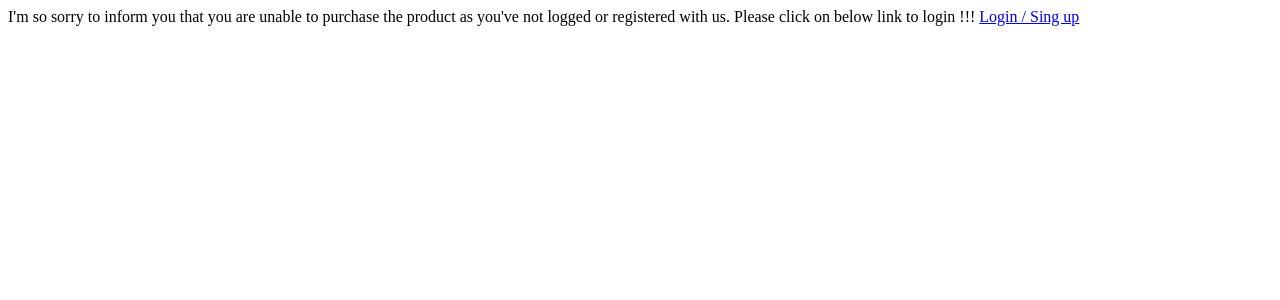
Repository: abhishekgandhi2398/BookStore
Page: http://localhost/BookStore/usernotlogin.jsp
The author's editor kept a copy of each file at every save. The page is drawn from the files as they stood at one save, then again after a run of saves.
The browser window is 1280 px wide. The pictures show the whole page.
The page is served by Tomcat 9. Other server files are loaded and not shown.

Above is the page before, as saved 2019-12-06 16:18:18.

### ProjectJava/BookStore/WebContent/usernotlogin.jsp
<%@ page language="java" contentType="text/html; charset=ISO-8859-1"
    pageEncoding="ISO-8859-1"%>
<!DOCTYPE html>
<html>
<head>
<meta charset="ISO-8859-1">
<title>Insert title here</title>
</head>

<body>


I'm so sorry to inform you that you are unable to purchase the product as you've not logged or registered with us.

Please click on below link to login !!!

<a href="ulogin.jsp">Login / Sing up</a>



</body>
</html>

After the next 2 saves:
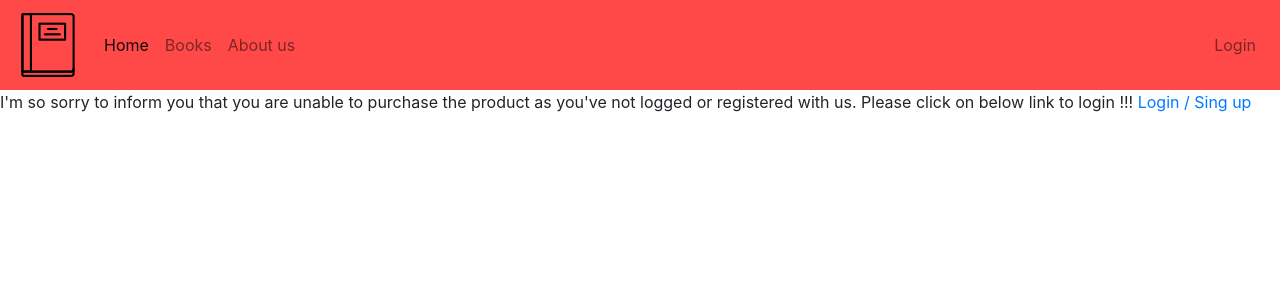
Console error (its wording comes from the project's code and is left out).
The 2 saves are shown as one change because they came seconds apart.
The last was saved 16 h 7 min later.
--- a/ProjectJava/BookStore/WebContent/usernotlogin.jsp
+++ b/ProjectJava/BookStore/WebContent/usernotlogin.jsp
@@ -5,9 +5,74 @@
 <head>
 <meta charset="ISO-8859-1">
 <title>Insert title here</title>
+
+<link rel="stylesheet" href="https://stackpath.bootstrapcdn.com/bootstrap/4.4.0/css/bootstrap.min.css">
+<script src="https://stackpath.bootstrapcdn.com/bootstrap/4.4.0/js/bootstrap.min.js" ></script>
+
+
 </head>
+<body>
 
-<body>
+
+
+<nav class="navbar navbar-expand-lg navbar-light" style="background-color: #FF4948">
+  <img src="img/logo.png" class="navbar-brand">
+  <button class="navbar-toggler" type="button" data-toggle="collapse" data-target="#navbarTogglerDemo02" aria-controls="navbarTogglerDemo02" aria-expanded="false" aria-label="Toggle navigation">
+    <span class="navbar-toggler-icon"></span>
+  </button>
+
+  <div class="collapse navbar-collapse" id="navbarTogglerDemo02">
+    <ul class="navbar-nav mr-auto mt-2 mt-lg-0">
+      <li class="nav-item active">
+        <a class="nav-link" href="1.jsp">Home <span class="sr-only">(current)</span></a>
+      </li>
+      <li class="nav-item">
+        <a class="nav-link" href="User_Products.jsp">Books</a>
+      </li>
+      <li class="nav-item">
+        <a class="nav-link" href="#">About us</a>
+      </li>
+    </ul>
+
+    <form class="form-inline my-2 my-lg-0">
+        <ul class="navbar-nav mr-auto mt-2 mt-lg-0">
+
+     <%
+String q=(String)session.getAttribute("mobno");
+
+if(q==null)
+{
+     %>
+       <li class="nav-item">
+        <a class="nav-link" href="ulogin.jsp">Login</a>
+      </li>
+<%}
+else
+{ %>
+      <li class="nav-item">
+        <a class="nav-link" href="vc.jsp">View Cart</a>
+      </li>
+      <li class="nav-item">
+        <a class="nav-link" href="vieworderuser.jsp">View Orders</a>
+      </li>
+        <li class="nav-item">
+        <a class="nav-link" href="ulogout.jsp">Logout</a>
+      </li>
+
+  <%      }
+
+
+%>
+      </ul>
+
+
+    </form>
+  </div>
+</nav>
+
+
+
+
 
 
 I'm so sorry to inform you that you are unable to purchase the product as you've not logged or registered with us.
